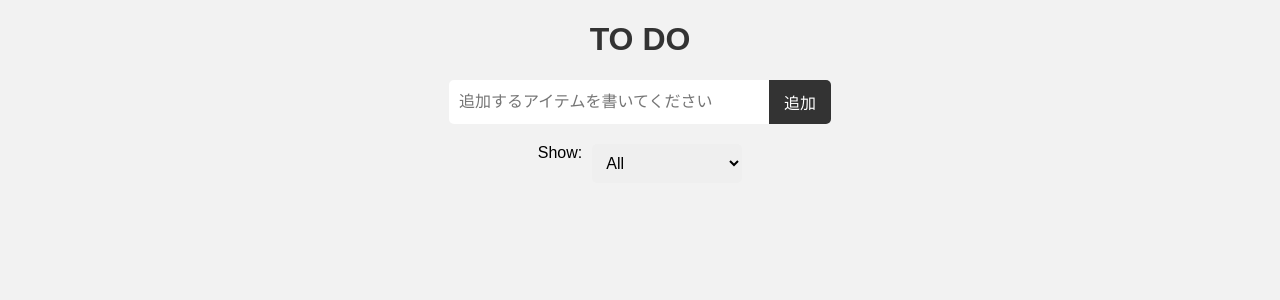
Repository: koki-ota0/todoApp
Page: http://localhost/
The author's editor kept a record of every edit. The page is drawn from the files as they stood at one moment, then again after the next edit.
The browser window is 1280 px wide. The pictures show the whole page.
The page is served by the project's application, run on Flask 3 (main.py).

Above is the page before.

After the next edit:
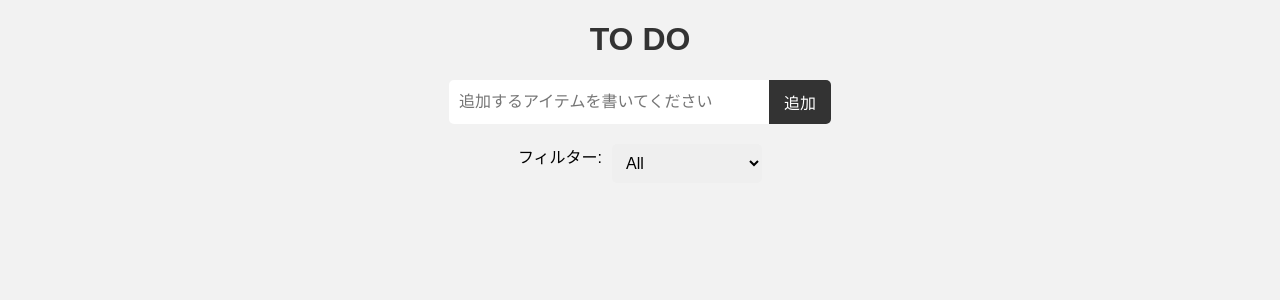
The edit:
--- a/templates/index.html
+++ b/templates/index.html
@@ -12,7 +12,7 @@
         <button type="submit">追加</button>
     </form>
     <div>
-        <label>Show:</label>
+        <label>フィルター:</label>
         <select id="filterSelect" onchange="applyFilter()">
             <option value="all">All</option>
             <option value="checked">Checked</option>
